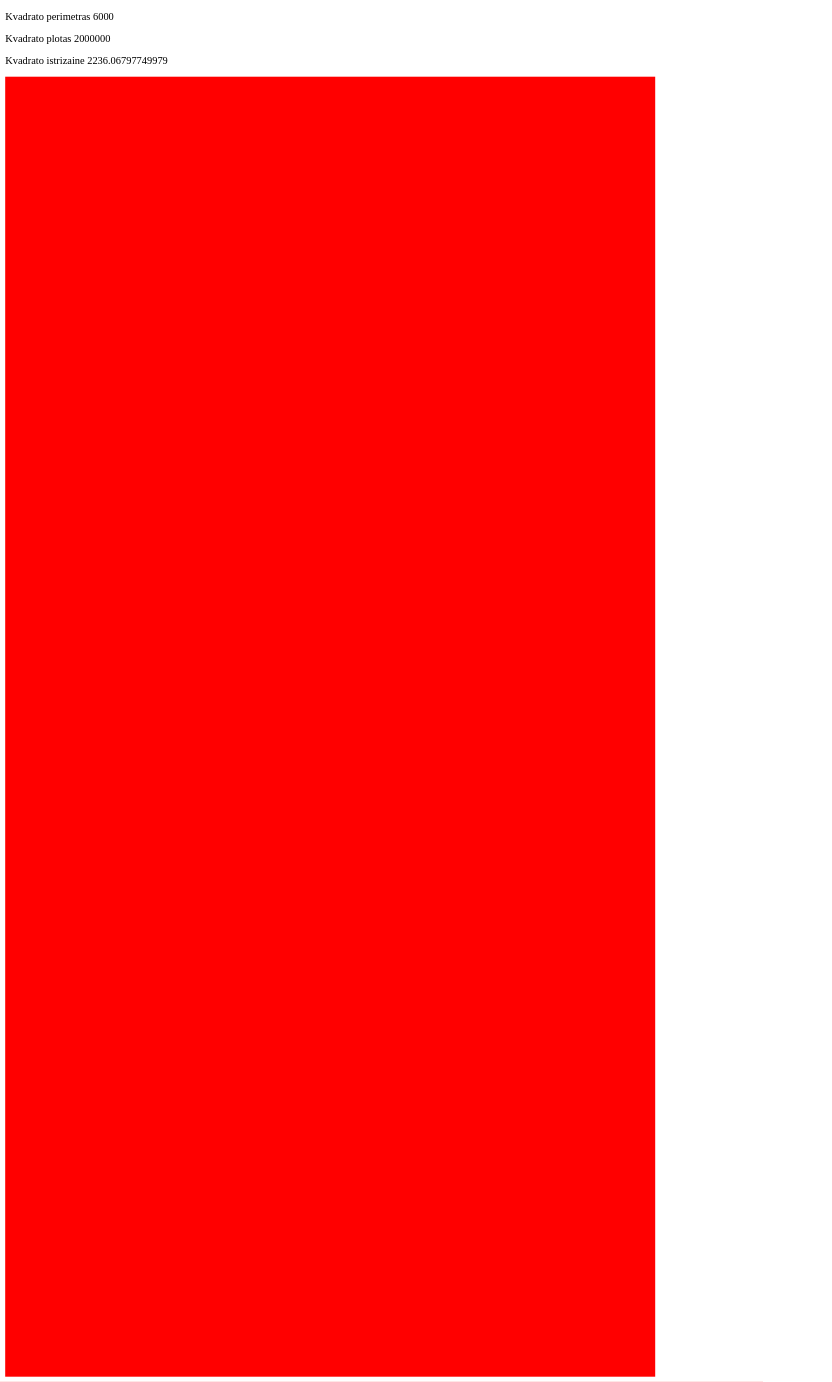
Repository: motiejus1/10-paskaita-JS
Page: index.html
These files come from the project's save history. The page is drawn as it stood at one moment and after a run of saves; the edit follows.
The browser window is 1280 px wide. The pictures show the whole page, at 65% of full size.

Above is the page before, as saved 2021-06-22 11:35:25.

### index.html
<!DOCTYPE html>
<html lang="en">
<head>
    <meta charset="UTF-8">
    <meta http-equiv="X-UA-Compatible" content="IE=edge">
    <meta name="viewport" content="width=device-width, initial-scale=1.0">
    <title>10 paskaita</title>

    <style>
        .container div:nth-child(even) {
            background-color: blue;
        }

        .keturkampis {
            /* width: 300px; */
            /* height: 400px; */
            background-color: red;
        }




    </style>


</head>
<body>

    <div class="container">

    </div>

    <p id="kvadrato-perimetras"></p>
    <p id="kvadrato-plotas"></p>
    <p id="kvadrato-istrizaine"></p>

    <div class="keturkampis">

    </div>




    <script src="script.js"></script>
    <script src="script1.js"></script>
</body>
</html>

### script.js
"use strict";

// 2. Susikurti objektų masyvą:
// * Masyve 100 objekto elementų.
// * Objekto vidiniai kintamieji: id, vardas.
// * Vardas reikšmė = vardas1,vardas2 ir t.t.
// * Id reikšmė = 1, 2 ir t.t.


// Papildomai:
// Pagal sukurtą obejktų masyvą, sukurti tiek pat div elementų, kuriuose išvedamas id ir vardas. Kas antras div - mėlynas.

let masyvas = [];

for (let i=0; i<100; i++) {
    let objektas = {
        id: i+1,
        vardas: "vardas"+(i+1)
    };
    masyvas[i]=objektas; // i => objekta

    // let div = document.createElement("div");
    // div.innerHTML = objektas.id + " " + objektas.vardas;
    // document.querySelector(".container").appendChild(div);

    // console.log(Object.keys(objektas));
}

console.log(masyvas);

### script1.js
"use script";

// 3. Susikurti objektą "Keturkampis".
// Objektas turi priimti du kintamuosius: a ir b kraštines.
// Sukurti du metodus, kurie skaičiuoja kvadrato plotą, perimetrą, įstrižainės ilgį.
// Informaciją išvesti į <p> žymę.

// Papildoma: a ir b kintamieji apibrežia kvadratą pikseliais. Pagal įvestas reikšmes į input, HTML nubraižomas kvadrato objektas.

let kvadratas = {
    a: 1000,
    b: 2000,

    plotasPerimetras: function() {

        let plotas;
        let perimetras;

        plotas = this.a * this.b;
        perimetras= 2 * this.a + 2 * this.b;

        return [plotas, perimetras]
    },

    istrizaine: function() {
        let ilgis;
        ilgis = Math.sqrt(this.a * this.a + this.b * this.b );
        return ilgis;
    },

    nubrezk: function() {
        let elementas = document.querySelector(".keturkampis");
        elementas.style.width = this.a + "px";
        elementas.style.height = this.b + "px";
    }



};

console.log('-------------------------------------------------');
console.log(kvadratas.plotasPerimetras());
console.log(kvadratas.istrizaine());

kvadratas.nubrezk();

document.getElementById("kvadrato-perimetras").innerText = "Kvadrato perimetras " +  kvadratas.plotasPerimetras()[1];
document.getElementById("kvadrato-plotas").innerText ="Kvadrato plotas " + kvadratas.plotasPerimetras()[0];
document.getElementById("kvadrato-istrizaine").innerText = "Kvadrato istrizaine " + kvadratas.istrizaine();

After the next 2 saves:
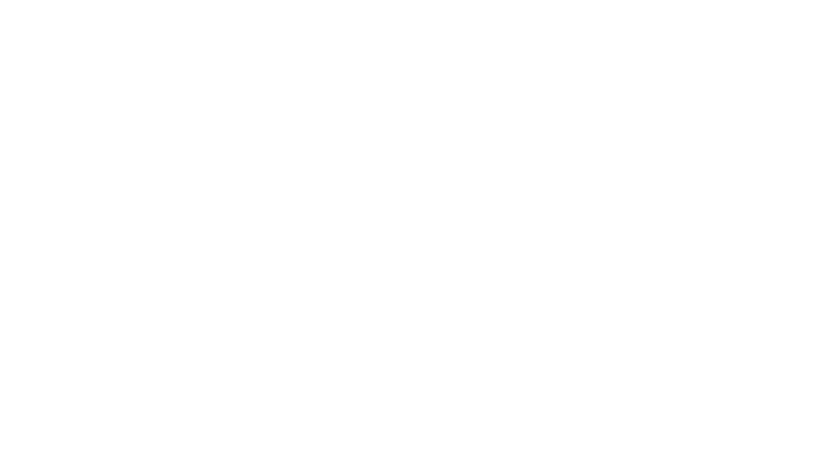
Console error: SyntaxError: Unexpected identifier 'isvesk'
The 2 saves are shown as one change because they came seconds apart.
The last was saved 20 s later.
--- a/script1.js
+++ b/script1.js
@@ -34,7 +34,9 @@
         elementas.style.height = this.b + "px";
     }
 
+    isvesk: function() {
 
+    }
 
 };
 

After the save that followed:
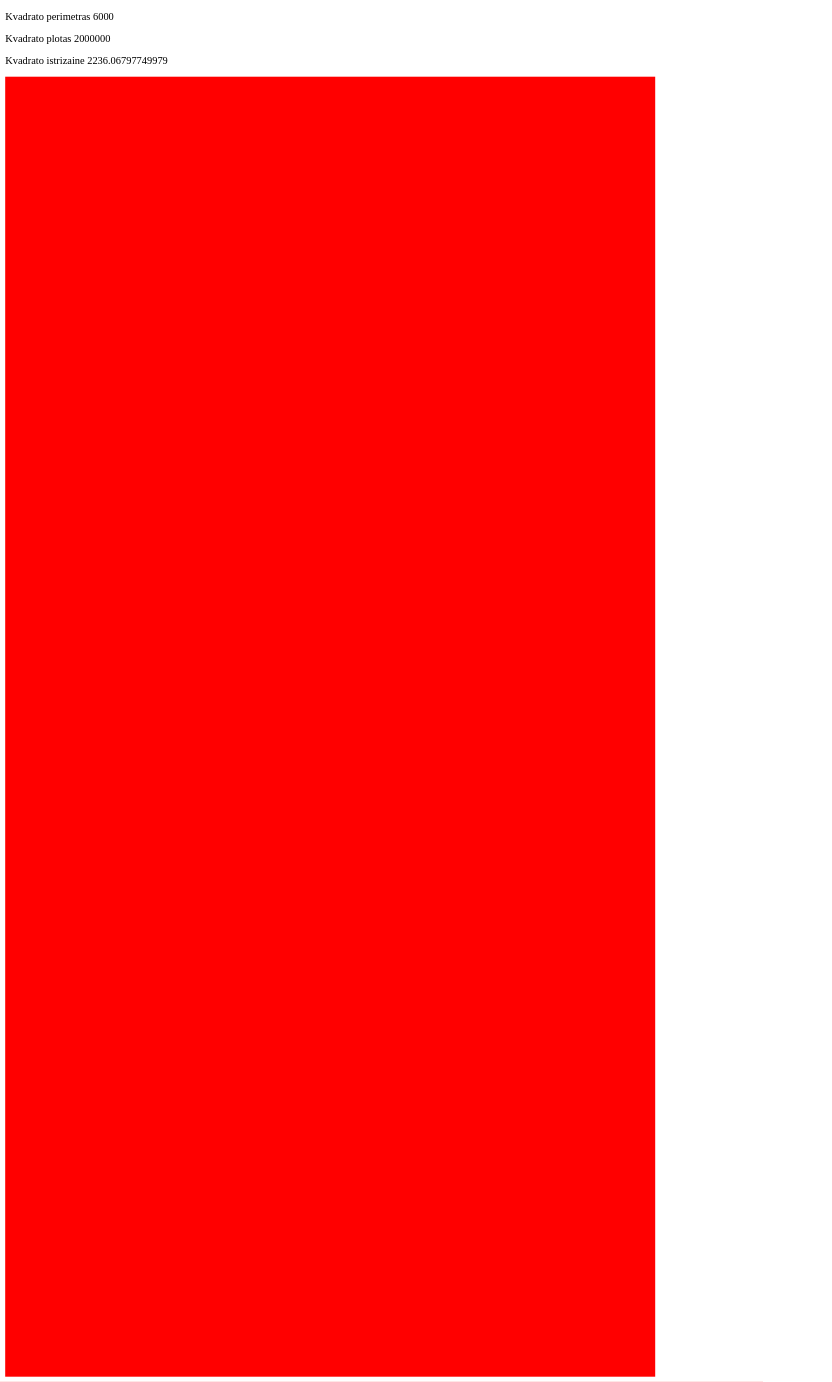
The error is gone.
Saved 5 s later.
--- a/script1.js
+++ b/script1.js
@@ -32,7 +32,7 @@
         let elementas = document.querySelector(".keturkampis");
         elementas.style.width = this.a + "px";
         elementas.style.height = this.b + "px";
-    }
+    },
 
     isvesk: function() {
 
